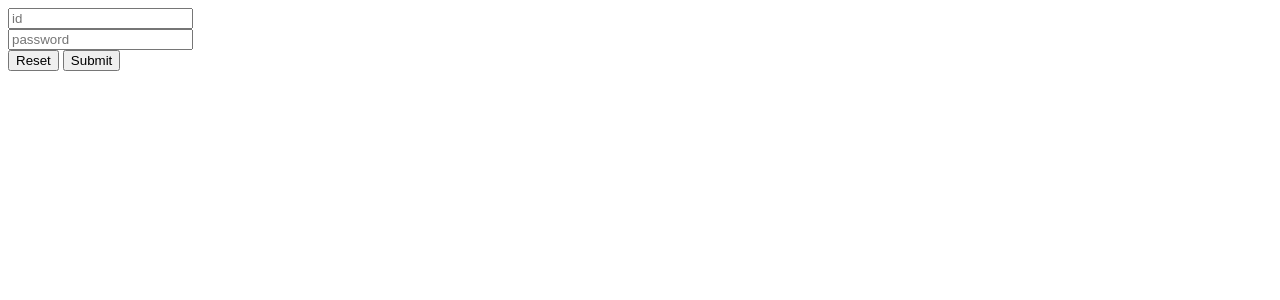
Repository: markahn02050/jsp_practice
Page: http://localhost/JSPBasic/jspObject/1.requests/req_login_form.jsp
The author's editor kept a copy of each file at every save. The page is drawn from the files as they stood at one save, then again after the next save.
The browser window is 1280 px wide. The pictures show the whole page.
The page is served by Tomcat 9.

Above is the page before, as saved 2022-02-04 01:19:30.

After the next save:
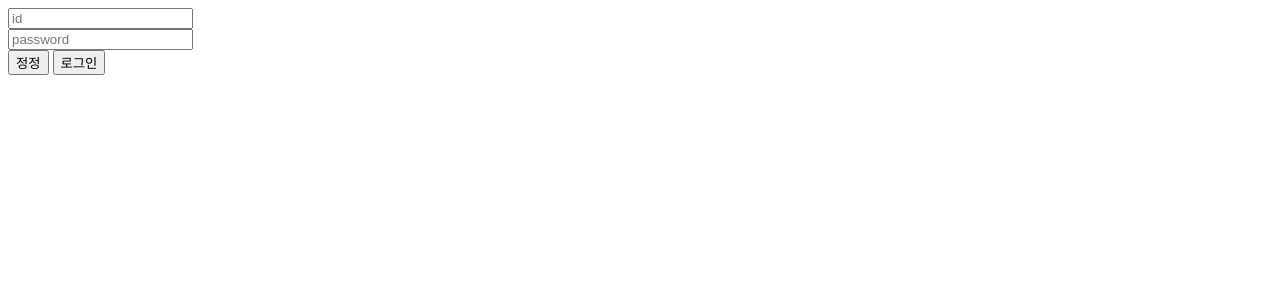
Saved 30 s later.
--- a/JSPBasic/src/main/webapp/jspObject/1.requests/req_login_form.jsp
+++ b/JSPBasic/src/main/webapp/jspObject/1.requests/req_login_form.jsp
@@ -11,8 +11,8 @@
 		<input type="text" name="id" placeholder="id" /><br/>
 		<input type="password" name="pw" placeholder="password" /><br/>
 
-		<input type="reset" />
-		<input type="submit" />
+		<input type="reset" value = "정정"/>
+		<input type="submit" value = "로그인"/>
 	</form>
 
 </body>
